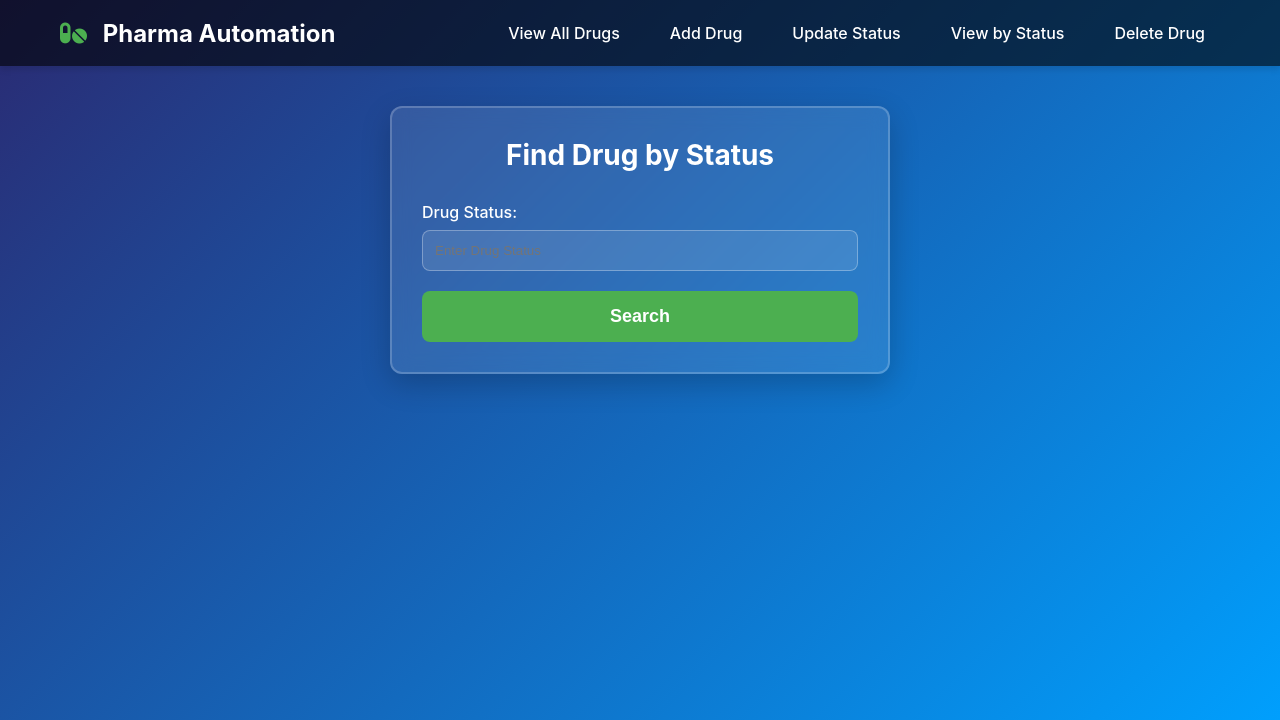
Repository: Clarrieous/Infosys-intern
Page: http://localhost/findbydrugstatus
The author's editor kept a copy of each file at every save. The page is drawn from the files as they stood at one save, then again after the next save.
The browser window is 1280 px wide. The pictures show the whole page.
The page is this project's Thymeleaf template; nobody is signed in. The template is opened directly, without the code that normally fills it, so the values that code supplies are empty.

Above is the page before, as saved 2024-12-08 18:03:46.

After the next save:
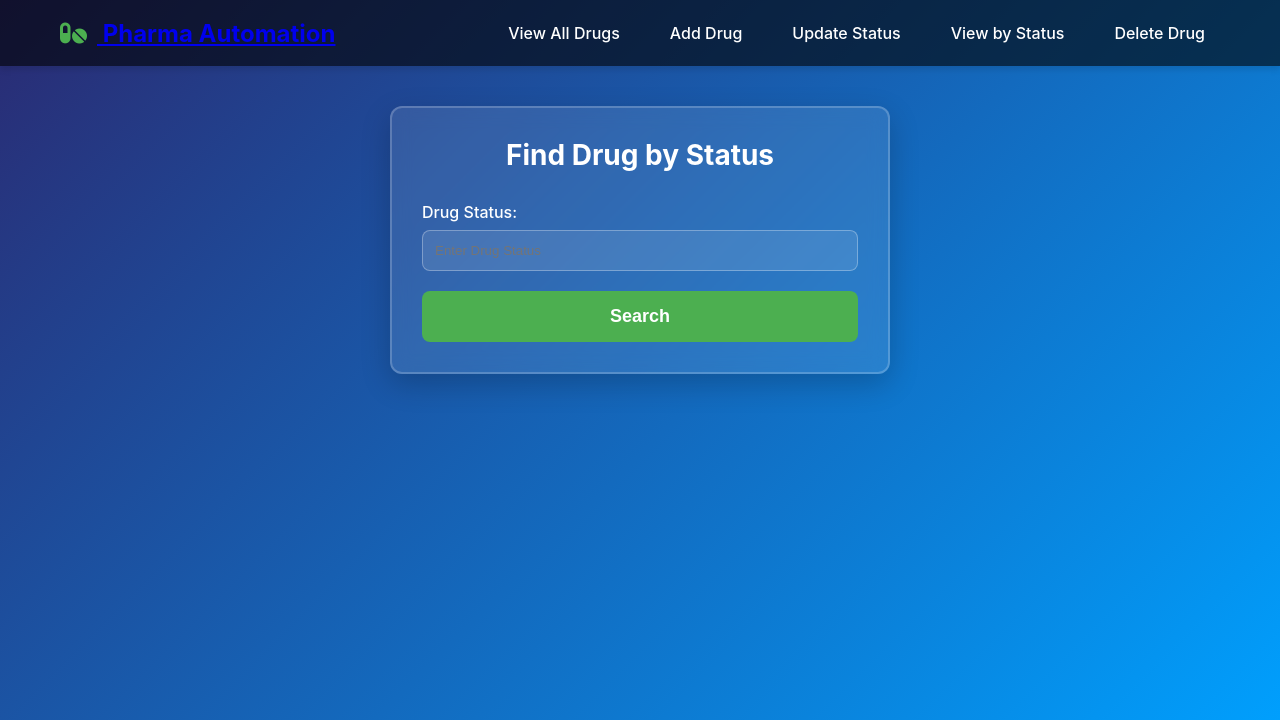
Saved 6 min 35 s later.
--- a/ClientService/src/main/resources/templates/findbydrugstatus.html
+++ b/ClientService/src/main/resources/templates/findbydrugstatus.html
@@ -197,13 +197,13 @@
 
     <nav class="navbar">
         <div class="container nav-content">
+
 			<div class="logo">
-			    <a th:href="@{/Home}" style="text-decoration: none; color: inherit;">
+			    <a th:href="@{/Home}" >
 			        <i class="fas fa-pills"></i>
 			        Pharma Automation
 			    </a>
 			</div>
-
             <ul class="nav-menu">
                 <li><a th:href="@{/viewAllDrugs}">View All Drugs</a></li>
                 <li><a th:href="@{/addDrug}">Add Drug</a></li>
